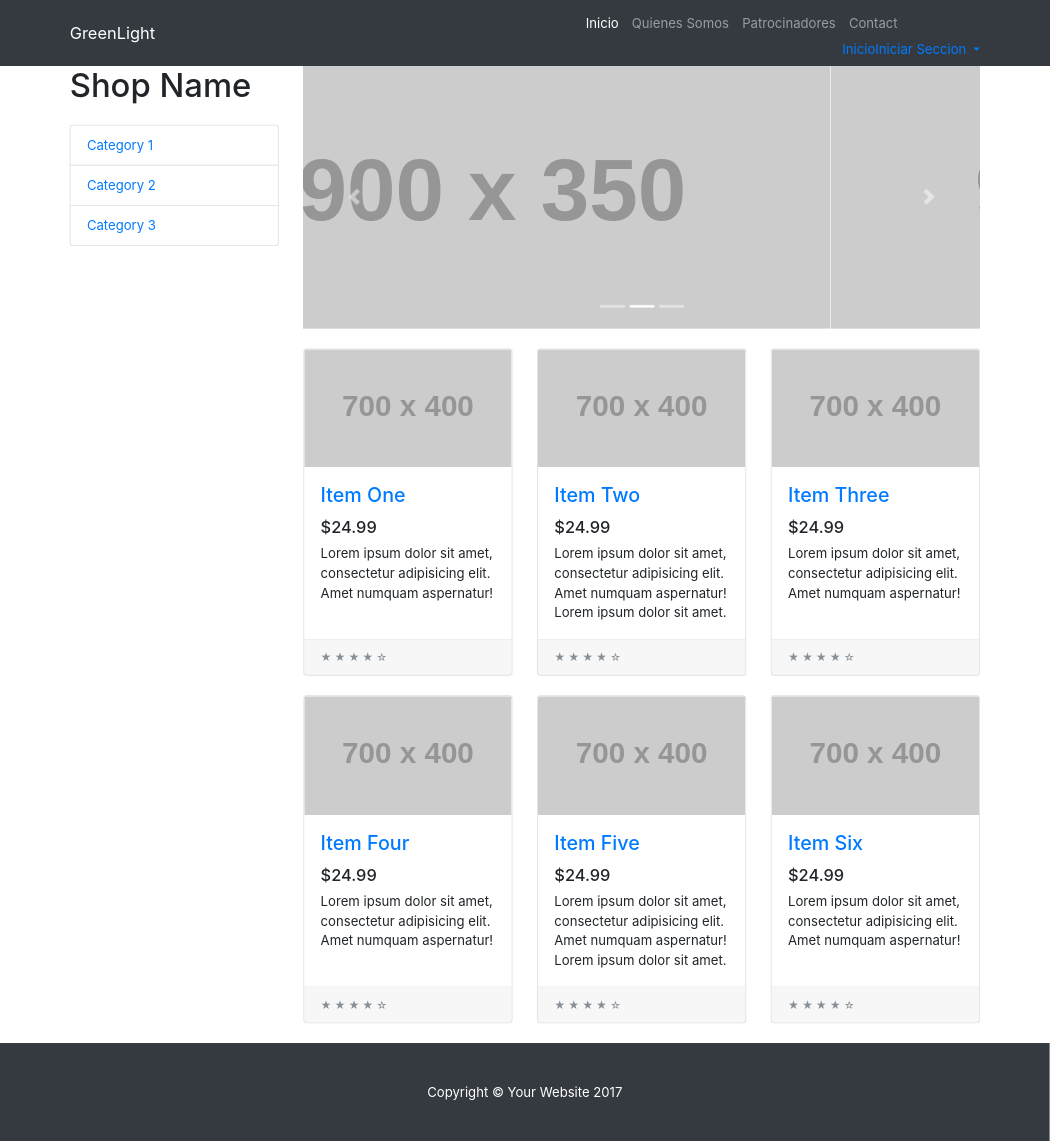
Repository: krojas1997/Test_Project
Page: http://localhost/GREENLIGHT/IniciarSeccion.jsp
The author's editor kept a copy of each file at every save. The page is drawn from the files as they stood at one save, then again after the next save.
The browser window is 1280 px wide. The pictures show the whole page, at 82% of full size.
The page is served by Tomcat 9. Other server files are loaded and not shown.

Above is the page before, as saved 2017-10-28 12:34:07.

### Test_GreenLight/GREENLIGHT/WebContent/IniciarSeccion.jsp
<%@ page language="java" contentType="text/html; charset=ISO-8859-1"
    pageEncoding="ISO-8859-1"%>

<%
response.setHeader("Cache-Control","no-cache");
response.setHeader("Cache-Control","no-store");
response.setDateHeader("Expires", 0);

String usuario="";
String  mail="";
int tipo=-1;


HttpSession sesion=request.getSession(true);

if(sesion.getAttribute("usuario")!=null){
	usuario=(String)sesion.getAttribute("usuario");
	mail=(String)sesion.getAttribute("mail");
	tipo=(int)sesion.getAttribute("tipo");
}

%>

<!DOCTYPE html PUBLIC "-//W3C//DTD HTML 4.01 Transitional//EN" "http://www.w3.org/TR/html4/loose.dtd">
<html>
 <head>

    <meta charset="utf-8">
    <meta name="viewport" content="width=device-width, initial-scale=1, shrink-to-fit=no">
    <meta name="description" content="">
    <meta name="author" content="">

    <title>Shop Homepage - Start Bootstrap Template</title>

    <!-- Bootstrap core CSS -->
    <link href="vendor/bootstrap/css/bootstrap.min.css" rel="stylesheet">

    <!-- Custom styles for this template -->
    <link href="css/shop-homepage.css" rel="stylesheet">

  </head>

  <body>

    <!-- Navigation -->
    <nav class="navbar navbar-expand-lg navbar-dark bg-dark fixed-top">
      <div class="container">
        <a class="navbar-brand" href="#">GreenLight</a>
        <button class="navbar-toggler" type="button" data-toggle="collapse" data-target="#navbarResponsive" aria-controls="navbarResponsive" aria-expanded="false" aria-label="Toggle navigation">
          <span class="navbar-toggler-icon"></span>
        </button>
        <div class="collapse navbar-collapse" id="navbarResponsive">
          <ul class="navbar-nav ml-auto">
            <li class="nav-item active">
              <a class="nav-link" href="#">Inicio
                <span class="sr-only">(current)</span>
              </a>
            </li>
            <li class="nav-item">
              <a class="nav-link" href="#">Quienes Somos</a>
            </li>
            <li class="nav-item">
              <a class="nav-link" href="#">Patrocinadores</a>
            </li>
            <li class="nav-item">
              <a class="nav-link" href="#">Contact</a>
               <ul class="nav navbar-nav navbar-right">
      <li class="active"><a href="#">Inicio</a></li>


     <%if(sesion.getAttribute("usuario")!=null) { %>
     <li><a><%=usuario %></a></li>
      <li class="active"><a href="ServletLogin?tipo=logOut">Cerrar Seccion</a></li>
     <%}else{ %>
 		<li class="dropdown">
        <a class="dropdown-toggle" data-toggle="dropdown" href="#">Iniciar Seccion
        <span class="caret"></span></a>
        <ul class="dropdown-menu">
          <li><a href="IniciarSeccion.jsp">Invitado</a></li>
          <li><a href="Administrador.jsp">Administrador</a></li>
            </ul>
      </li>


      <%} %>
    </ul>
  </div>
            </li>
          </ul>
        </div>
      </div>
    </nav>

    <!-- Page Content -->
    <div class="container">

      <div class="row">

        <div class="col-lg-3">

          <h1 class="my-4">Shop Name</h1>
          <div class="list-group">
            <a href="#" class="list-group-item">Category 1</a>
            <a href="#" class="list-group-item">Category 2</a>
            <a href="#" class="list-group-item">Category 3</a>
          </div>

        </div>
        <!-- /.col-lg-3 -->

        <div class="col-lg-9">

          <div id="carouselExampleIndicators" class="carousel slide my-4" data-ride="carousel">
            <ol class="carousel-indicators">
              <li data-target="#carouselExampleIndicators" data-slide-to="0" class="active"></li>
              <li data-target="#carouselExampleIndicators" data-slide-to="1"></li>
              <li data-target="#carouselExampleIndicators" data-slide-to="2"></li>
            </ol>
            <div class="carousel-inner" role="listbox">
              <div class="carousel-item active">
                <img class="d-block img-fluid" src="http://placehold.it/900x350" alt="First slide">
              </div>
              <div class="carousel-item">
                <img class="d-block img-fluid" src="http://placehold.it/900x350" alt="Second slide">
              </div>
              <div class="carousel-item">
                <img class="d-block img-fluid" src="http://placehold.it/900x350" alt="Third slide">
              </div>
            </div>
            <a class="carousel-control-prev" href="#carouselExampleIndicators" role="button" data-slide="prev">
              <span class="carousel-control-prev-icon" aria-hidden="true"></span>
              <span class="sr-only">Previous</span>
            </a>
            <a class="carousel-control-next" href="#carouselExampleIndicators" role="button" data-slide="next">
              <span class="carousel-control-next-icon" aria-hidden="true"></span>
              <span class="sr-only">Next</span>
            </a>
          </div>

          <div class="row">

            <div class="col-lg-4 col-md-6 mb-4">
              <div class="card h-100">
                <a href="#"><img class="card-img-top" src="http://placehold.it/700x400" alt=""></a>
                <div class="card-body">
                  <h4 class="card-title">
                    <a href="#">Item One</a>
                  </h4>
                  <h5>$24.99</h5>
                  <p class="card-text">Lorem ipsum dolor sit amet, consectetur adipisicing elit. Amet numquam aspernatur!</p>
                </div>
                <div class="card-footer">
                  <small class="text-muted">&#9733; &#9733; &#9733; &#9733; &#9734;</small>
                </div>
              </div>
            </div>

            <div class="col-lg-4 col-md-6 mb-4">
              <div class="card h-100">
                <a href="#"><img class="card-img-top" src="http://placehold.it/700x400" alt=""></a>
                <div class="card-body">
                  <h4 class="card-title">
                    <a href="#">Item Two</a>
                  </h4>
                  <h5>$24.99</h5>
                  <p class="card-text">Lorem ipsum dolor sit amet, consectetur adipisicing elit. Amet numquam aspernatur! Lorem ipsum dolor sit amet.</p>
                </div>
                <div class="card-footer">
                  <small class="text-muted">&#9733; &#9733; &#9733; &#9733; &#9734;</small>
                </div>
              </div>
            </div>

            <div class="col-lg-4 col-md-6 mb-4">
              <div class="card h-100">
                <a href="#"><img class="card-img-top" src="http://placehold.it/700x400" alt=""></a>
                <div class="card-body">
                  <h4 class="card-title">
                    <a href="#">Item Three</a>
                  </h4>
                  <h5>$24.99</h5>
                  <p class="card-text">Lorem ipsum dolor sit amet, consectetur adipisicing elit. Amet numquam aspernatur!</p>
                </div>
                <div class="card-footer">
                  <small class="text-muted">&#9733; &#9733; &#9733; &#9733; &#9734;</small>
                </div>
              </div>
            </div>

            <div class="col-lg-4 col-md-6 mb-4">
              <div class="card h-100">
                <a href="#"><img class="card-img-top" src="http://placehold.it/700x400" alt=""></a>
                <div class="card-body">
                  <h4 class="card-title">
                    <a href="#">Item Four</a>
                  </h4>
                  <h5>$24.99</h5>
                  <p class="card-text">Lorem ipsum dolor sit amet, consectetur adipisicing elit. Amet numquam aspernatur!</p>
                </div>
                <div class="card-footer">
                  <small class="text-muted">&#9733; &#9733; &#9733; &#9733; &#9734;</small>
                </div>
              </div>
            </div>

            <div class="col-lg-4 col-md-6 mb-4">
              <div class="card h-100">
                <a href="#"><img class="card-img-top" src="http://placehold.it/700x400" alt=""></a>
                <div class="card-body">
                  <h4 class="card-title">
                    <a href="#">Item Five</a>
                  </h4>
                  <h5>$24.99</h5>
                  <p class="card-text">Lorem ipsum dolor sit amet, consectetur adipisicing elit. Amet numquam aspernatur! Lorem ipsum dolor sit amet.</p>
                </div>
                <div class="card-footer">
                  <small class="text-muted">&#9733; &#9733; &#9733; &#9733; &#9734;</small>
                </div>
              </div>
            </div>

            <div class="col-lg-4 col-md-6 mb-4">
              <div class="card h-100">
                <a href="#"><img class="card-img-top" src="http://placehold.it/700x400" alt=""></a>
                <div class="card-body">
                  <h4 class="card-title">
                    <a href="#">Item Six</a>
                  </h4>
                  <h5>$24.99</h5>
                  <p class="card-text">Lorem ipsum dolor sit amet, consectetur adipisicing elit. Amet numquam aspernatur!</p>
                </div>
                <div class="card-footer">
                  <small class="text-muted">&#9733; &#9733; &#9733; &#9733; &#9734;</small>
                </div>
              </div>
            </div>

          </div>
          <!-- /.row -->

        </div>
        <!-- /.col-lg-9 -->

      </div>
      <!-- /.row -->

    </div>
    <!-- /.container -->

    <!-- Footer -->
    <footer class="py-5 bg-dark">
      <div class="container">
        <p class="m-0 text-center text-white">Copyright &copy; Your Website 2017</p>
      </div>
      <!-- /.container -->
    </footer>

    <!-- Bootstrap core JavaScript -->
    <script src="vendor/jquery/jquery.min.js"></script>
    <script src="vendor/bootstrap/js/bootstrap.bundle.min.js"></script>

  </body>

</html>

Loaded but not shown: Test_GreenLight/GREENLIGHT/WebContent/css/shop-homepage.css (common file)

After the next save:
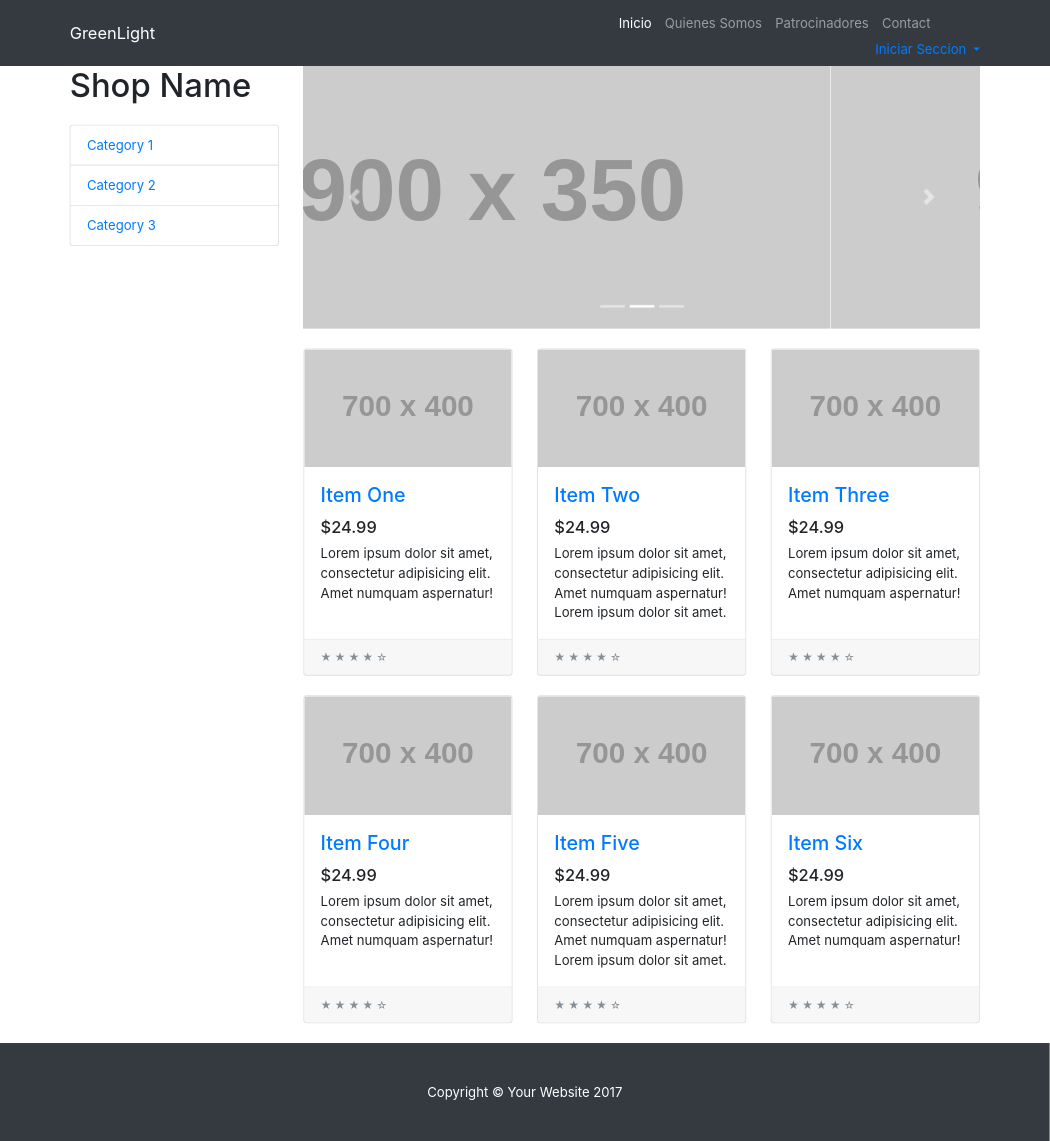
Saved 2 min 35 s later.
--- a/Test_GreenLight/GREENLIGHT/WebContent/IniciarSeccion.jsp
+++ b/Test_GreenLight/GREENLIGHT/WebContent/IniciarSeccion.jsp
@@ -65,8 +65,6 @@ if(sesion.getAttribute("usuario")!=null){
             <li class="nav-item">
               <a class="nav-link" href="#">Contact</a>
                <ul class="nav navbar-nav navbar-right">
-      <li class="active"><a href="#">Inicio</a></li>
-
 
      <%if(sesion.getAttribute("usuario")!=null) { %>
      <li><a><%=usuario %></a></li>
@@ -76,7 +74,8 @@ if(sesion.getAttribute("usuario")!=null){
         <a class="dropdown-toggle" data-toggle="dropdown" href="#">Iniciar Seccion
         <span class="caret"></span></a>
         <ul class="dropdown-menu">
-          <li><a href="IniciarSeccion.jsp">Invitado</a></li>
+          <li><a href="IniciarSeccion.jsp">Paciente</a></li>
+          <li><a href="Administrador.jsp">Medico</a></li>
           <li><a href="Administrador.jsp">Administrador</a></li>
             </ul>
       </li>
